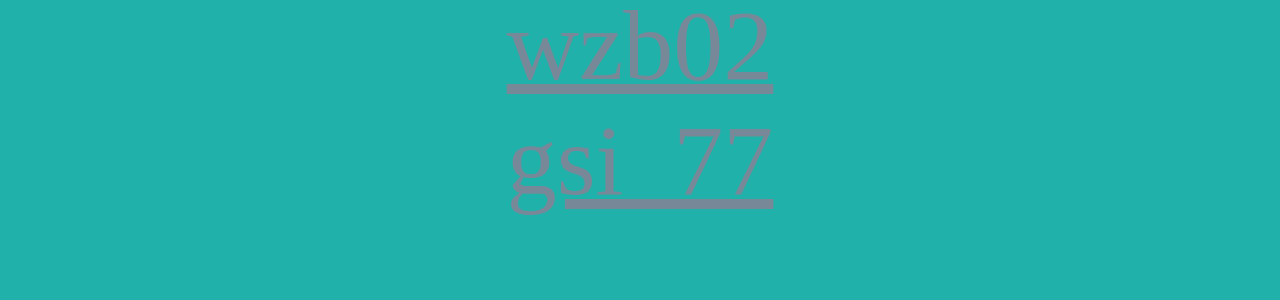
Repository: KHANas02/JS_first-lesson
Page: GIT.html
These files come from the project's save history. The page is drawn as it stood at one moment and after the next save; the edit follows.
The browser window is 1280 px wide. The pictures show the whole page.

Above is the page before, as saved 2024-03-23 10:01:35.

### GIT.html
<!DOCTYPE html>
<html lang="en">
  <head>
    <meta charset="UTF-8" />
    <meta name="viewport" content="width=device-width, initial-scale=1.0" />
    <title>Git Hub accounts</title>
    <link rel="stylesheet" href="./index.html" />
    <style>
      body {
        background-color: lightseagreen;
        text-align: center;
        position: relative;
        bottom: 20px;
      }
      a:hover {
        scale: 125%;
      }
      a {
        color: lightslategray;
        font-size: 100px;
        font-weight: 100px;
      }
    </style>
  </head>
  <body>
    <a href="https://github.com/KHANas02">wzb02</a><br>
    <a href="https://github.com/saidagafurova">gsi_77</a>
  </body>
</html>

### index.html
<!DOCTYPE html>
<html lang="en">
  <head>
    <meta charset="UTF-8" />
    <meta name="viewport" content="width=device-width, initial-scale=1.0" />
    <title>Market</title>
    <link rel="stylesheet" href="./style.css" />
  </head>
  <body>
    <video autoplay loop muted plays-inline class="background-video">
      <source
        src="https://github.com/ecemgo/mini-samples-great-tricks/assets/13468728/82f375e7-244f-4c21-90ac-9abd7549ed05"
        type="video/mp4"
      />
    </video>

    <input type="checkbox" id="check" />
    <label for="check" class="icons">
      <i class="bx bx-menu" id="menu-icon"></i>
      <i class="bx bx-x" id="close-icon"></i>
    </label>

    <nav class="navbar">
      <a target="_blank" href="#" class="nav-item" style="--i: 0">Home</a>
      <a target="_blank" href="#" class="nav-item" style="--i: 1">Book</a>
      <a target="_blank" href="#" class="nav-item" style="--i: 2">Favorites</a>
      <a target="_blank" href="#" class="nav-item" style="--i: 3">Contact</a>
      <a target="_blank" href="#" class="nav-item" style="--i: 4">About us</a>
      <a target="_blank" href="GIT.html" class="nav-item" style="--i: 5">GIT HUB</a>
      <a target="_blank" href="#" class="nav-item" style="--i: 6">Services</a>
      <a target="_blank" href="portfolio.html" class="nav-item" style="--i: 7"
        >Portfolio</a
      >
      <a target="_blank" href="sale.html" class="nav-item" style="--i: 6"
        >Sale</a
      >
      <a target="_blank" href="location.html" class="nav-item" style="--i: 6"
        >Our location</a
      >
      <a target="_blank" href="feedback.html" class="nav-item" style="--i: 8"
        >Feedback</a
      >
    </nav>

    <section class="content">
      <h1>Company</h1>
      <a href="#" class="btn light"></a>
    </section>

    <div class="container">
      <div class="card">
        <img src="photo_2024-02-25_17-26-45.jpg" />
        <div class="card__head">Costs:10.000 Sum</div>
      </div>
      <div class="card">
        <img src="photo_2024-02-26_21-07-56.jpg" />
        <div class="card__head">Costs:5.000 Sum</div>
      </div>

      <div class="card">
        <img src="photo_2024-02-26_21-07-54.jpg" />
        <div class="card__head">Costs:7.000 Sum</div>
      </div>

      <div class="card">
        <img src="photo_2024-03-22_22-08-20.jpg" />
        <div class="card__head">Costs:7.000 Sum</div>
      </div>
      <img class="card">
        <img src="photo_2024-03-22_22-21-49.jpg" />
        <div class="card__head">Costs:7.000 Sum</div>
      </img>
    </div>
  </body>
</html>

After the next save:
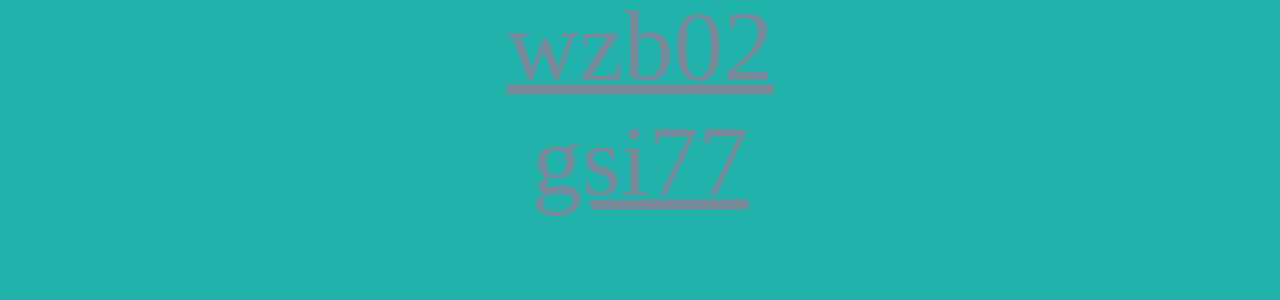
Saved 4 s later.
--- a/GIT.html
+++ b/GIT.html
@@ -24,6 +24,6 @@
   </head>
   <body>
     <a href="https://github.com/KHANas02">wzb02</a><br>
-    <a href="https://github.com/saidagafurova">gsi_77</a>
+    <a href="https://github.com/saidagafurova">gsi77</a>
   </body>
 </html>
